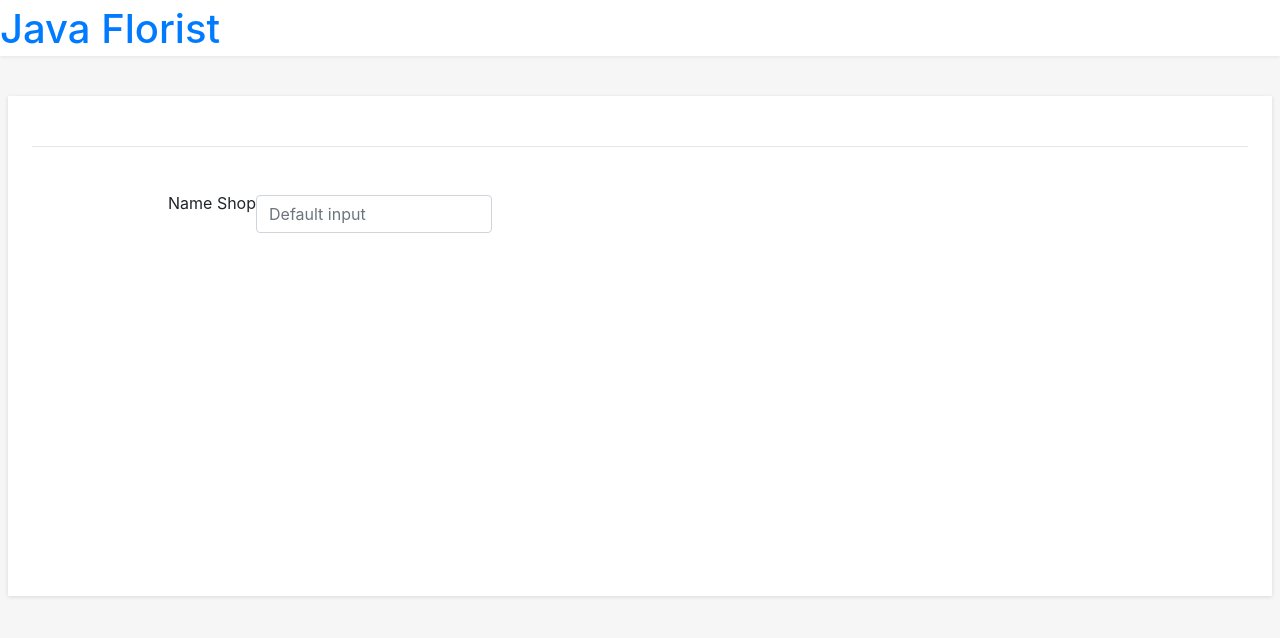
Repository: hienttm/flower-java-florist
Page: JavaFlorist/JavaFlorist/wwwroot/BecomePartner/index.html
These files come from the project's save history. The page is drawn as it stood at one moment and after the next save; the edit follows.
The browser window is 1280 px wide. The pictures show the whole page.
Some web libraries are served in a nearby version.

Above is the page before, as saved 2023-12-29 17:47:59.

### JavaFlorist/JavaFlorist/wwwroot/BecomePartner/index.html
<!DOCTYPE html>
<html lang="en">
<head>
    <meta charset="UTF-8">
    <meta name="viewport" content="width=device-width, initial-scale=1.0">
    <title>Document</title>
        <!-- Google Web Fonts -->
        <link rel="preconnect" href="https://fonts.googleapis.com">
        <link rel="preconnect" href="https://fonts.gstatic.com" crossorigin>
        <link href="https://fonts.googleapis.com/css2?family=Open+Sans:wght@400;600&family=Raleway:wght@600;800&display=swap" rel="stylesheet">

        <!-- Icon Font Stylesheet -->
        <link rel="stylesheet" href="https://use.fontawesome.com/releases/v5.15.4/css/all.css" />
        <link href="https://cdn.jsdelivr.net/npm/bootstrap-icons@1.4.1/font/bootstrap-icons.css" rel="stylesheet">

            <!-- Customized Bootstrap Stylesheet -->
            <link rel="stylesheet" href="https://cdn.jsdelivr.net/npm/bootstrap@4.0.0/dist/css/bootstrap.min.css" integrity="sha384-Gn5384xqQ1aoWXA+058RXPxPg6fy4IWvTNh0E263XmFcJlSAwiGgFAW/dAiS6JXm" crossorigin="anonymous">
        <link rel="stylesheet" href="style/Partner.css">
</head>
<body>
    <!-- Spinner Start -->
    <div class="onboarding-page">
        <div class="header">
            <a asp-action="Index" asp-controller="Home" class="navbar-brand"><h1 class="text-primary display-6"> Java Florist</h1></a>
        </div>
        <div class="onboarding">
            <div class="onboarding-layout__main">
                <div class="onboarding-layout__content onboarding-layout__card">
                    <div class="flow-step-content">
                        <div class="steps-header"></div>
                        <div class="form-input">
                            <form action="">
                                <div class="onboarding-form-item d-flex ju">
                                    <label for="">Name Shop</label>
                                    <input class="form-control w-25" type="text" placeholder="Default input">
                                </div>
                            </form>
                        </div>
                    </div>

                </div>
            </div>
        </div>
    </div>


        <!-- JavaScript Libraries -->
        <script src="https://ajax.googleapis.com/ajax/libs/jquery/3.6.4/jquery.min.js"></script>
        <script src="https://cdn.jsdelivr.net/npm/bootstrap@5.0.0/dist/js/bootstrap.bundle.min.js"></script>
</body>
</html>

### JavaFlorist/JavaFlorist/wwwroot/BecomePartner/style/Partner.css
*,
*:before,
*:after {
  box-sizing: border-box;
}
* {
  margin: 0;
  padding: 0;
  font: inherit;
}
img,
picture,
svg,
video {
  display: block;
  max-width: 100%;
}
input,
select,
textarea {
  background-color: transparent;
  outline: none;
}
button {
  cursor: pointer;
  background-color: transparent;
  outline: none;
  border: 0;
}
body {
  min-height: 100vh;
  font-weight: 400;
  font-size: 16px;
  line-height: 1;
}

.onboarding-page{
    padding-top: 56px;
    min-width: 1264px;
    margin: 0 auto;
}
.header{
    position: fixed;
    top: 0;
    left: 0;
    width: 100%;
    height: 56px;
    box-shadow: 0 1px 4px 0 rgba(0,0,0,.07);
    background-color: #fff;
    z-index: 100001;
}

.navbar-brand{
    color: #CDB4DB !important;
}
.onboarding {
    min-height: calc(100vh - 56px - 40px);
    padding-bottom: 40px;
    background-color: #f6f6f6;
    }

.onboarding-layout__main {
        padding-top: 40px;
}

.onboarding-layout__card {
    width: 1264px;
    margin: 0 auto;
    height: 500px;
    background-color: #fff;
    box-shadow: 0 1px 4px 0 rgba(0,0,0,.12);
    }

    .flow-step-content{
        padding: 50px 24px;
    }
    .steps-header{
        border-bottom: 1px solid #e5e5e5;
    }

    .form-input{
        max-width: 944px;
        margin: 48px auto 40px;
        min-height: 198px;
}

After the next save:
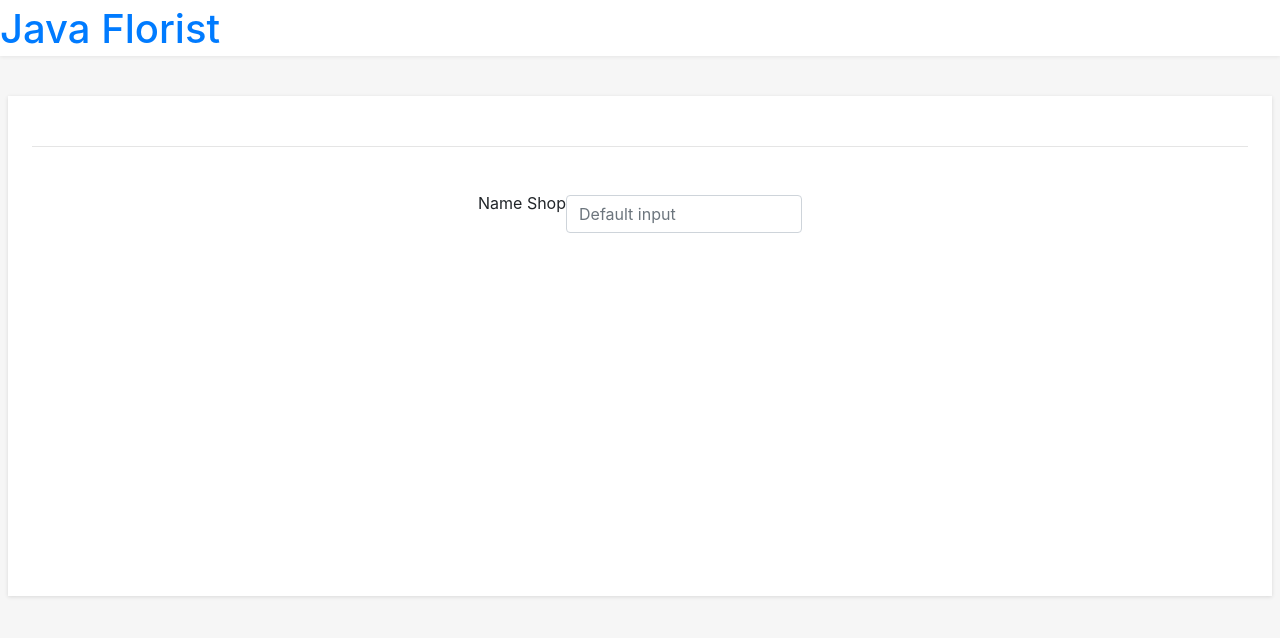
Saved 10 s later.
--- a/JavaFlorist/JavaFlorist/wwwroot/BecomePartner/index.html
+++ b/JavaFlorist/JavaFlorist/wwwroot/BecomePartner/index.html
@@ -30,7 +30,7 @@
                         <div class="steps-header"></div>
                         <div class="form-input">
                             <form action="">
-                                <div class="onboarding-form-item d-flex ju">
+                                <div class="onboarding-form-item d-flex justify-content-center">
                                     <label for="">Name Shop</label>
                                     <input class="form-control w-25" type="text" placeholder="Default input">
                                 </div>

After the 2 saves that followed:
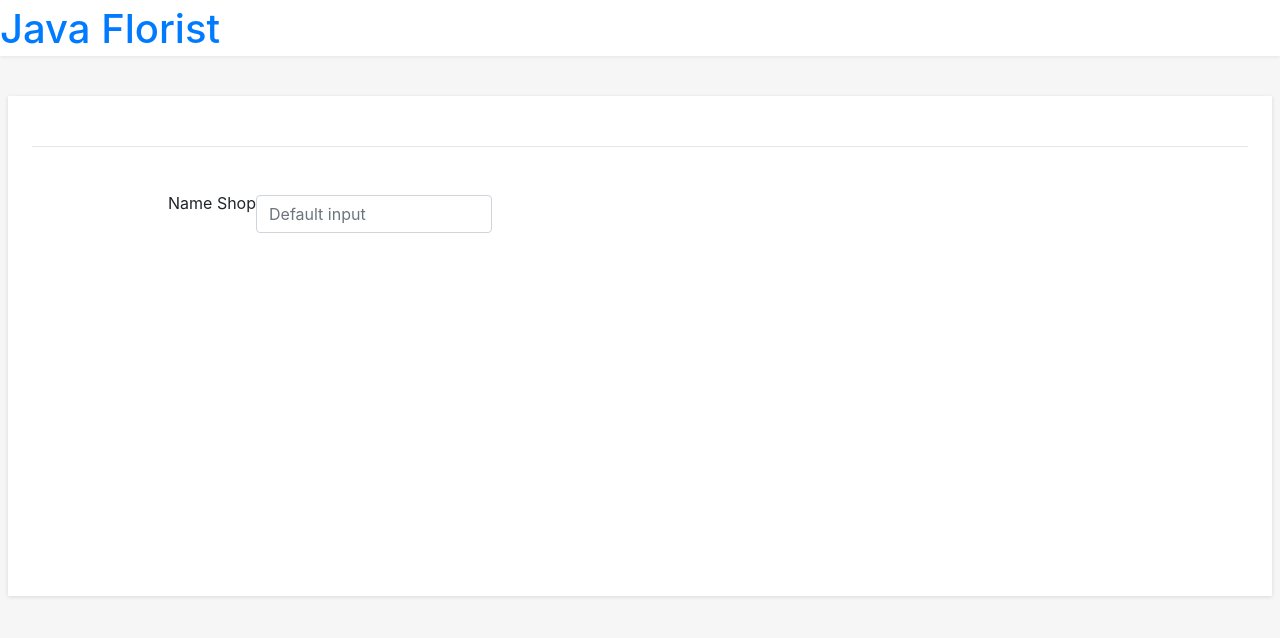
The 2 saves are shown as one change because they came seconds apart.
The last was saved 7 s later.
--- a/JavaFlorist/JavaFlorist/wwwroot/BecomePartner/index.html
+++ b/JavaFlorist/JavaFlorist/wwwroot/BecomePartner/index.html
@@ -30,7 +30,7 @@
                         <div class="steps-header"></div>
                         <div class="form-input">
                             <form action="">
-                                <div class="onboarding-form-item d-flex justify-content-center">
+                                <div class="onboarding-form-item d-flex align-content-center">
                                     <label for="">Name Shop</label>
                                     <input class="form-control w-25" type="text" placeholder="Default input">
                                 </div>
